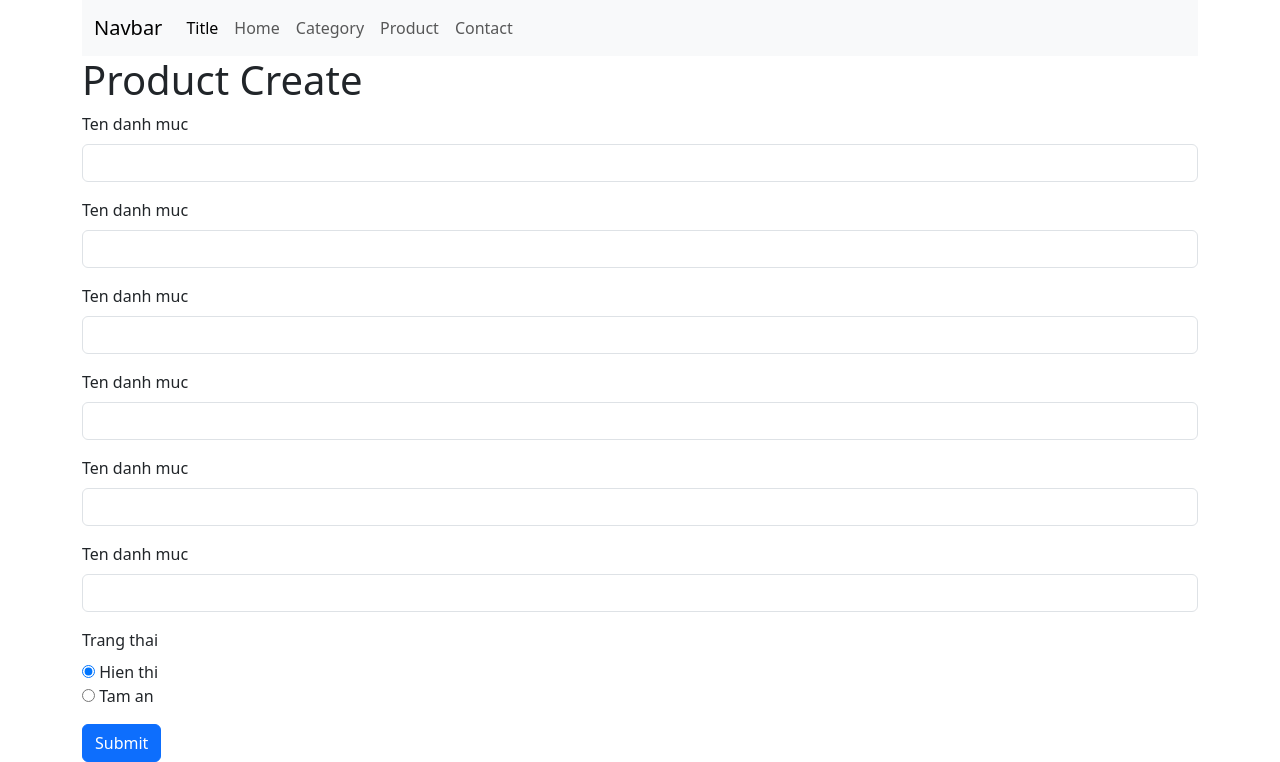
Repository: ndmq03102002/crud_laravel
Page: resources/views/admin/product/create.blade.php
The author's editor kept a copy of each file at every save. The page is drawn from the files as they stood at one save, then again after the next save.
The browser window is 1280 px wide. The pictures show the whole page.
The page is served by the project's Laravel application, run on PHP 8.4 with Laravel 10. Other server files are loaded and not shown. The template is opened directly, without the code that normally fills it, so the values that code supplies are empty.

Above is the page before, as saved 2024-07-12 11:39:48.

### routes/web.php
<?php

use App\Http\Controllers\HomeController;
use App\Http\Controllers\AdminController;
use Illuminate\Support\Facades\Route;
use App\Http\Controllers\ProductController;
use App\Http\Controllers\CategoryController;
/*
|--------------------------------------------------------------------------
| Web Routes
|--------------------------------------------------------------------------
|
| Here is where you can register web routes for your application. These
| routes are loaded by the RouteServiceProvider and all of them will
| be assigned to the "web" middleware group. Make something great!
|
*/

Route::group(['prefix' => ''], function () {
    Route::get('/', [HomeController::class, 'index'])->name('home.index');
});

Route::get('/admin/login', [AdminController::class, 'login'])->name('admin.login');
Route::post('/admin/login', [AdminController::class, 'Checklogin']);
Route::get('/admin/register', [AdminController::class, 'register'])->name('admin.register');
Route::post('/admin/register', [AdminController::class, 'Checkregister']);


Route::group(['prefix' => 'admin', 'middleware'=>'auth'], function () {
    Route::get('/', [AdminController::class, 'index'])->name('admin.index');
    Route::resources([
        'product' => ProductController::class,
        'category' => CategoryController::class,
    ]);
});

### resources/views/admin/product/create.blade.php
@extends('admin.admin')

@section('main')

<h1>Product Create</h1>

<form action="{{route('product.store')}}" method = 'post' role="form">
    @csrf
    <div class="mb-3">
      <label for="exampleInputEmail1" class="form-label">Ten danh muc</label>
      <input type="text" class="form-control" name='name' id="exampleInputEmail1" aria-describedby="emailHelp">

    </div>
    <div class="mb-3">
      <label for="exampleInputEmail1" class="form-label">Ten danh muc</label>
      <input type="text" class="form-control" name='name' id="exampleInputEmail1" aria-describedby="emailHelp">

    </div>
    <div class="mb-3">
      <label for="exampleInputEmail1" class="form-label">Ten danh muc</label>
      <input type="text" class="form-control" name='name' id="exampleInputEmail1" aria-describedby="emailHelp">

    </div>
    <div class="mb-3">
      <label for="exampleInputEmail1" class="form-label">Ten danh muc</label>
      <input type="text" class="form-control" name='name' id="exampleInputEmail1" aria-describedby="emailHelp">

    </div>
    <div class="mb-3">
      <label for="exampleInputEmail1" class="form-label">Ten danh muc</label>
      <input type="text" class="form-control" name='name' id="exampleInputEmail1" aria-describedby="emailHelp">

    </div>
    <div class="mb-3">
      <label for="exampleInputEmail1" class="form-label">Ten danh muc</label>
      <input type="text" class="form-control" name='name' id="exampleInputEmail1" aria-describedby="emailHelp">

    </div>
    <div class="mb-3">
      <label for="exampleInputPassword1" class="form-label">Trang thai</label>
      <div class="radio">
        <label for="">
            <input type="radio" name="status" value="1" checked>
            Hien thi
        </label>
      </div>
      <div class="radio">
        <label for="">
            <input type="radio" name="status" value="0" >
            Tam an
        </label>
      </div>
    </div>

    <button type="submit" class="btn btn-primary">Submit</button>
  </form>



@endsection

### resources/views/admin/admin.blade.php
<!doctype html>
<html lang="en">
    <head>
        <title>Title</title>
        <!-- Required meta tags -->
        <meta charset="utf-8" />
        <meta
            name="viewport"
            content="width=device-width, initial-scale=1, shrink-to-fit=no"
        />

        <!-- Bootstrap CSS v5.2.1 -->
        <link
            href="https://cdn.jsdelivr.net/npm/bootstrap@5.3.2/dist/css/bootstrap.min.css"
            rel="stylesheet"
            integrity="sha384-T3c6CoIi6uLrA9TneNEoa7RxnatzjcDSCmG1MXxSR1GAsXEV/Dwwykc2MPK8M2HN"
            crossorigin="anonymous"
        />
    </head>

    <body>

        <div
            class="container"
        >
        <nav class="navbar navbar-expand-lg bg-body-tertiary">
            <div class="container-fluid">
              <a class="navbar-brand" href="#">Navbar</a>
              <button class="navbar-toggler" type="button" data-bs-toggle="collapse" data-bs-target="#navbarNav" aria-controls="navbarNav" aria-expanded="false" aria-label="Toggle navigation">
                <span class="navbar-toggler-icon"></span>
              </button>
              <div class="collapse navbar-collapse" id="navbarNav">
                <ul class="navbar-nav">
                  <li class="nav-item">
                    <a class="nav-link active" aria-current="page" href="#">Title</a>
                  </li>
                  <li class="nav-item">
                    <a class="nav-link" href="{{route('admin.index')}}">Home</a>
                  </li>
                  <li class="nav-item">
                    <a class="nav-link" href="{{route('category.index')}}">Category</a>
                  </li>
                  <li class="nav-item">
                    <a class="nav-link" href="{{route('product.index')}}">Product</a>
                  </li>
                    <li class="nav-item">
                        <a class="nav-link" href="#">Contact</a>
                    </li>
                </ul>
              </div>
            </div>
          </nav>

        </div>

        <div
            class="container"
        >
            @yield('main')
        </div>





        <script
            src="https://cdn.jsdelivr.net/npm/@popperjs/core@2.11.8/dist/umd/popper.min.js"
            integrity="sha384-I7E8VVD/ismYTF4hNIPjVp/Zjvgyol6VFvRkX/vR+Vc4jQkC+hVqc2pM8ODewa9r"
            crossorigin="anonymous"
        ></script>

        <script
            src="https://cdn.jsdelivr.net/npm/bootstrap@5.3.2/dist/js/bootstrap.min.js"
            integrity="sha384-BBtl+eGJRgqQAUMxJ7pMwbEyER4l1g+O15P+16Ep7Q9Q+zqX6gSbd85u4mG4QzX+"
            crossorigin="anonymous"
        ></script>
    </body>
</html>

After the next save:
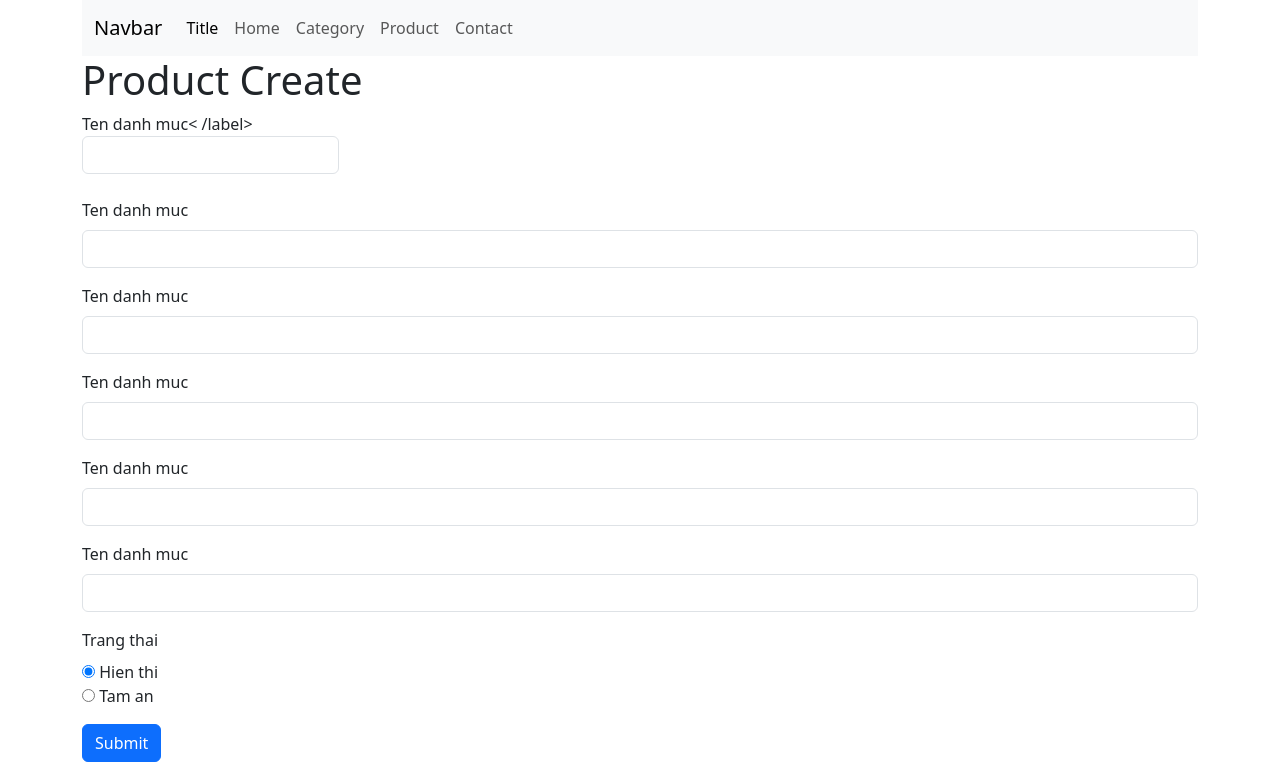
Saved 18 s later.
--- a/resources/views/admin/product/create.blade.php
+++ b/resources/views/admin/product/create.blade.php
@@ -7,7 +7,7 @@
 <form action="{{route('product.store')}}" method = 'post' role="form">
     @csrf
     <div class="mb-3">
-      <label for="exampleInputEmail1" class="form-label">Ten danh muc</label>
+      <label for="exampleInputEmail1" class="form-label">Ten danh muc<  /label>
       <input type="text" class="form-control" name='name' id="exampleInputEmail1" aria-describedby="emailHelp">
 
     </div>

After the save that followed:
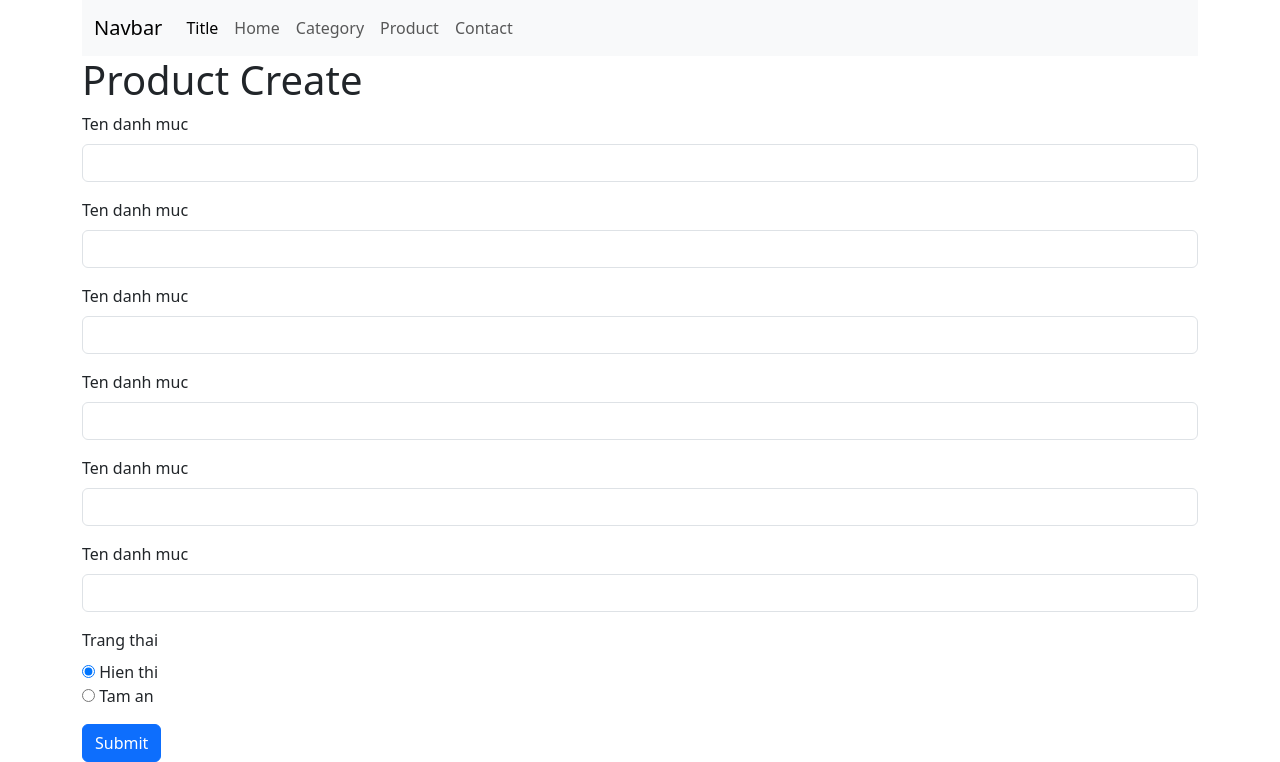
Saved 4 s later.
--- a/resources/views/admin/product/create.blade.php
+++ b/resources/views/admin/product/create.blade.php
@@ -7,7 +7,7 @@
 <form action="{{route('product.store')}}" method = 'post' role="form">
     @csrf
     <div class="mb-3">
-      <label for="exampleInputEmail1" class="form-label">Ten danh muc<  /label>
+      <label for="exampleInputEmail1" class="form-label">Ten danh muc</label>
       <input type="text" class="form-control" name='name' id="exampleInputEmail1" aria-describedby="emailHelp">
 
     </div>
